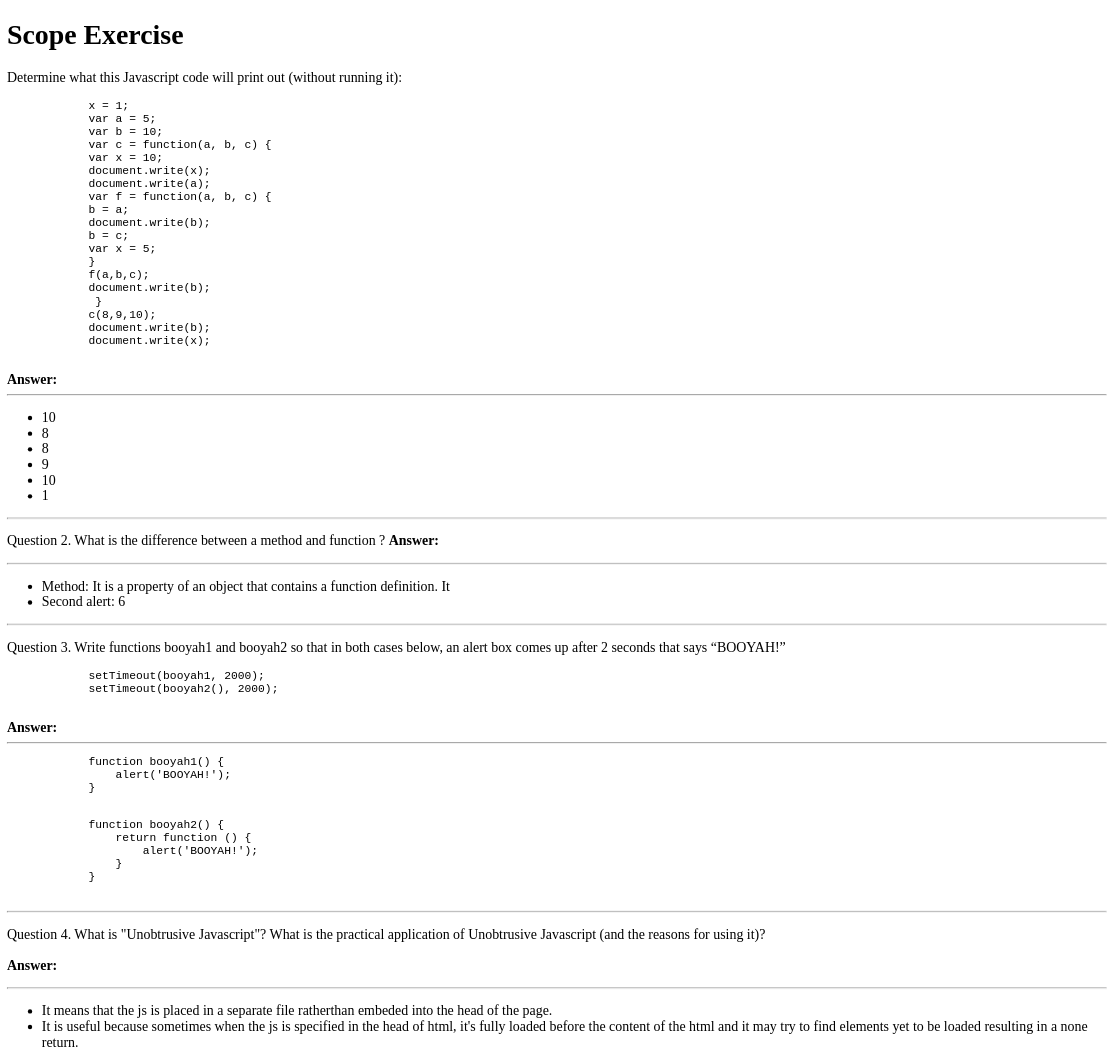
Repository: bethelbahiru/WAP
Page: Homework3/scope.html
These files come from the project's save history. The page is drawn as it stood at one moment and after a run of saves; the edit follows.
The browser window is 1280 px wide. The pictures show the whole page, at 87% of full size.

Above is the page before, as saved 2022-01-18 15:51:33.

After the next 4 saves:
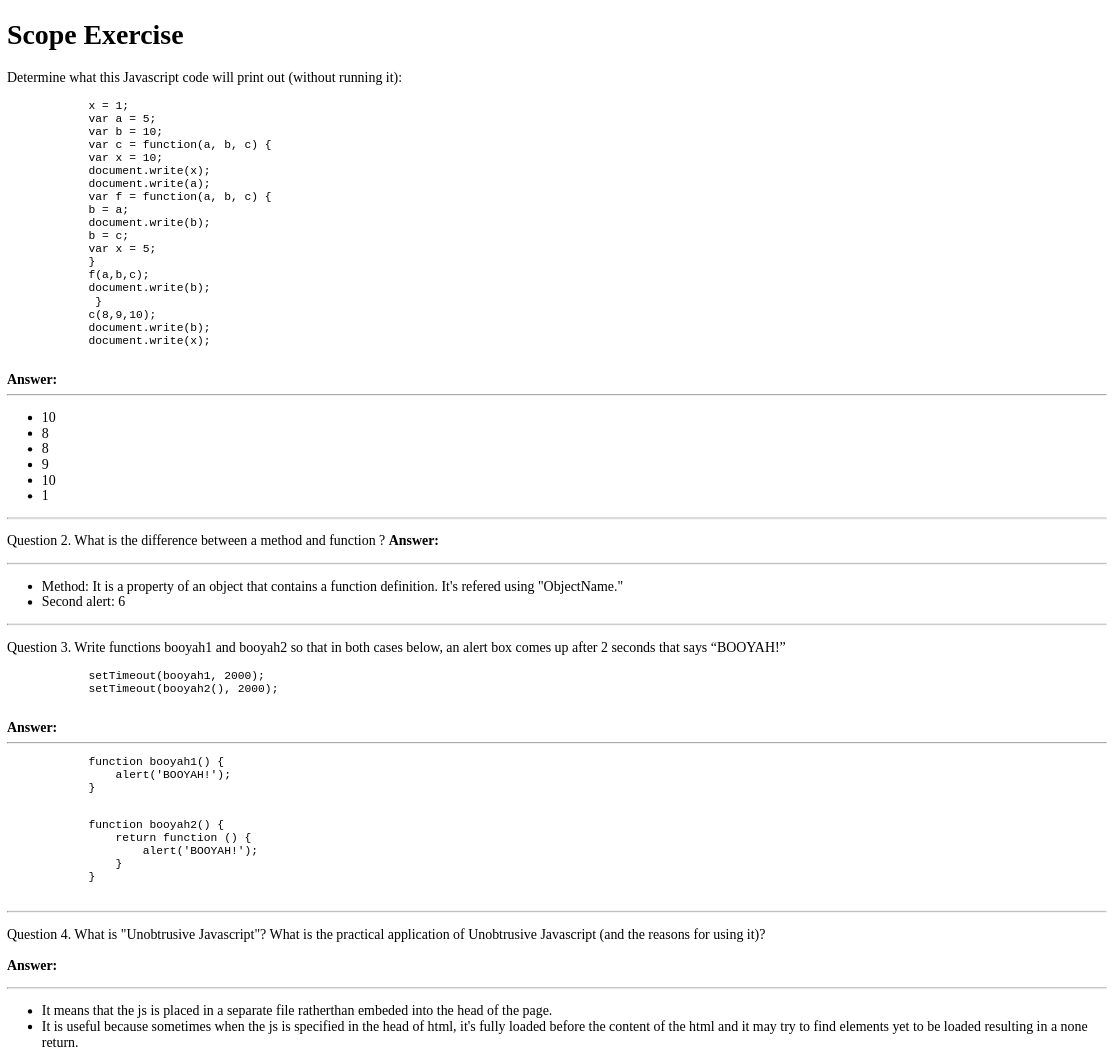
The 4 saves are shown as one change because they came seconds apart.
The last was saved 13 s later.
--- a/Homework3/scope.html
+++ b/Homework3/scope.html
@@ -48,7 +48,7 @@
         <strong>Answer:</strong>
         <hr>
         <ul>
-            <li>Method: It is a property of an object that contains a function definition. It</li>
+            <li>Method: It is a property of an object that contains a function definition. It's refered using "ObjectName."</li>
             <li>Second alert: 6</li>
         </ul>
     </p>
